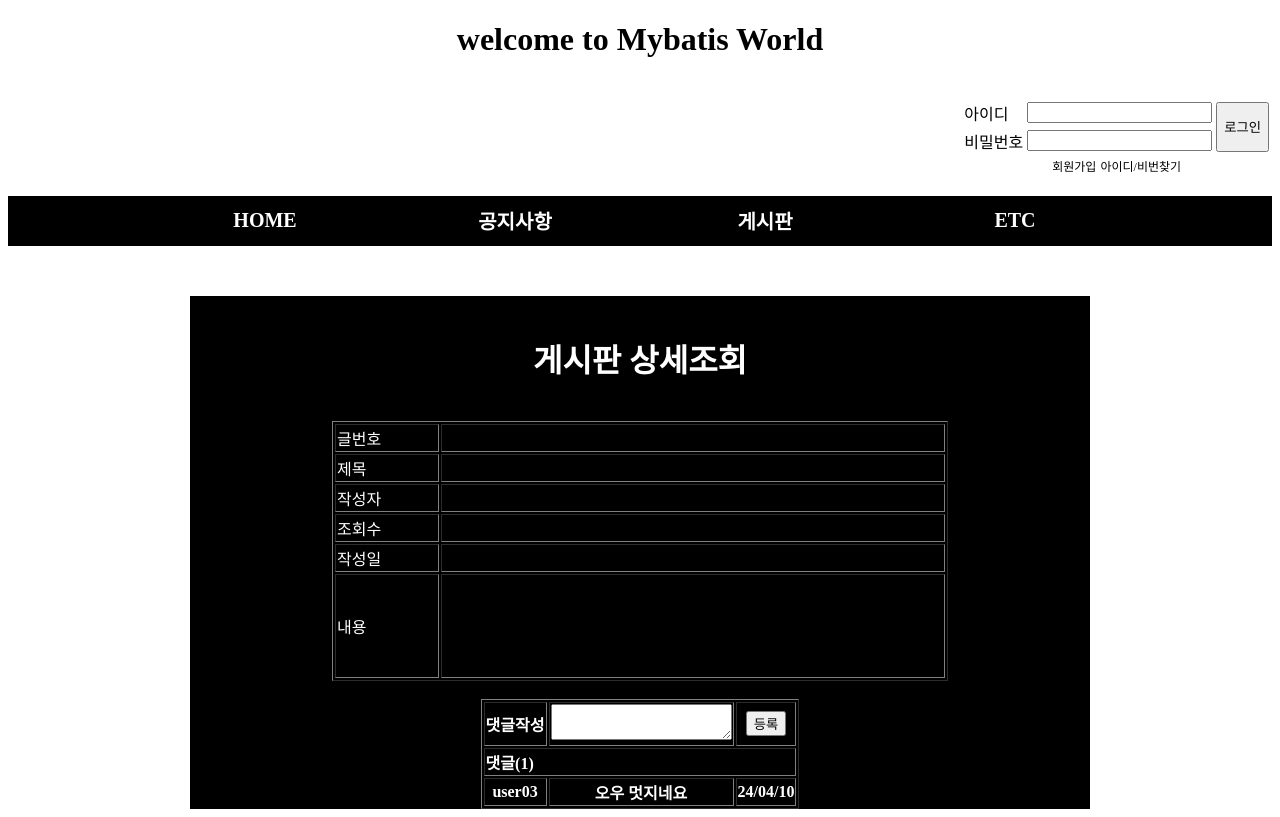
Repository: aotlfekdl/NoteBook
Page: http://localhost/myBatisProject/views/board/boardDetailView.jsp
These files come from the project's save history. The page is drawn as it stood at one moment and after the next save; the edit follows.
The browser window is 1280 px wide. The pictures show the whole page.
The page is served by Tomcat 10. Other server files are loaded and not shown. The template is opened directly, without the code that normally fills it, so the values that code supplies are empty.

Above is the page before, as saved 2025-03-09 08:08:19.
Console error: SyntaxError: Unexpected identifier 'data'

### 08_MyBatis/myBatisProject/src/main/webapp/views/board/boardDetailView.jsp
<%@ page language="java" contentType="text/html; charset=UTF-8"
    pageEncoding="UTF-8"%>
<%@ taglib prefix="c" uri="http://java.sun.com/jsp/jstl/core" %>
<!DOCTYPE html>
<html>
<head>
<meta charset="UTF-8">
<title>Insert title here</title>
</head>
<body>

    <jsp:include page="../common/menubar.jsp" />

    <div class="outer" align="center">
        <br>
        <h1 align="center">게시판 상세조회</h1>
        <br>

        <table align="center" border="1">
            <tr>
                <td width="100">글번호</td>
                <td width="500">${b.boardNo}</td>
            </tr>
            <tr>
                <td>제목</td>
                <td>${b.boardTitle}</td>
            </tr>
            <tr>
                <td>작성자</td>
                <td>${b.userId}</td>
            </tr>
            <tr>
                <td>조회수</td>
                <td>${b.count}</td>
            </tr>
            <tr>
                <td>작성일</td>
                <td>${b.createDate}</td>
            </tr>
            <tr>
                <td>내용</td>
                <td height="100">
                    ${b.boardContent}
                </td>
            </tr>
        </table>

        <br>
	<div>
        <table align="center" border="1" class="list-area">
            <c:choose>
			<c:when test="${loginUser == null}">
            <tr>
            <form action="${pageContext.request.contextPath}/reply.bo?${b.boardNo}">
                <th>댓글작성</th>
                <th><textarea></textarea></th>
                <th><button onclick="insertReply(${board.boardNo})">등록</button></th>
            </form>
            </tr>
            </c:when>
            </c:choose>
            <tbody>
            <tr>
                <td colspan="3"><b>댓글(1)</b></td> <!-- fn:length(list) -->
            </tr>
	            <tr>
	                <th>user03</th>
	                <th>오우 멋지네요</th>
	                <th>24/04/10</th>
	            </tr>
            </tbody>
        </table>

        <script>
        	function init(bno){
        		const contentArea = document.querySelector("#list-area");

        		$.ajax({
        			url:"rinsert.bo",
        			type: "post"
        			data:{
        				boardNo: bno,
        				content: contentArea.value
        			},
        			success: function(res){
        				contentArea.value = "",
        				getReplyList(bno, function(data){
        					drawReplyList(data);
        				});
        			},
        			error: function(error){
        				console.log("댓글 작성 ajax통신 실패");
        			}
        			})
        			}
        	function getReplyList(boardNo, callback){
        		$.ajax({
        			url: "rlist.bo",
        			dataType: "json",
        			data : {
        				bno: boardNo
        			},
        			success: function(replyList){
        				callback(replyList);
        			},
        			error: function(){
        				console.log("댓글 조회 ajax통신 실패");
        			}
        		})
        	}
        	function drawReplyList(replyList){
        		let str= "";
        		for(let of replyList) {
        			str += "<tr>" +
        					"<td>" + r.userId + "</td>" +
        					"<td>" + r.replyContent + "</td>" +
        					"<td>" + r.createDate + "</td>" +
        					"</tr>";
        		}

        		const replyBody = dodument.querySelector("#reply-area tbody");
        		replyBody.innerHTML = str;
        	}

        </script>
        </div>
    </div>
</body>
</html>

### 08_MyBatis/myBatisProject/src/main/webapp/views/common/menubar.jsp
<%@ page language="java" contentType="text/html; charset=UTF-8"
    pageEncoding="UTF-8"%>
<%@ taglib prefix="c" uri="http://java.sun.com/jsp/jstl/core" %>
<!DOCTYPE html>
<html>
<head>
<meta charset="UTF-8">
<title>Insert title here</title>
<style>
    .login-area a{
        text-decoration: none;
        color: black;
        font-size: 12px;
    }

    .nav-area{
        background: black;
        color: white;
        height: 50px;
    }

   	.nav-area a{
        text-decoration: none;
        color: white;
    }

    .menu{
        display: table-cell;
        width: 250px;
        height: 50px;
        vertical-align: middle;
        font-size: 20px;
        font-weight: bold;
    }
    .outer{
    	width: 900px;
    	background: black;
    	color: white;
    	margin: auto;
    	margin-top: 50px;
    }
</style>
</head>
<body>

    <h1 align="center">welcome to Mybatis World</h1>
    <br>

    <div class="login-area" align="right">
        <c:choose>
        	<c:when test="${empty loginUser}">
        <form action="${pageContext.request.contextPath}/login.me" method="post">
	        <table>
	            <tr>
	                <td>아이디</td>
	                <td><input type="text" name="userId" required></td>
	                <td rowspan="2"><button type="submit" style="height: 50px;">로그인</button></td>
	            </tr>
	            <tr>
	                <td>비밀번호</td>
	                <td><input type="password" name="userPwd" required></td>

	            </tr>
	            <tr>
	                <td colspan="3" align="center">
	                    <a href="enrollform.me">회원가입</a>
	                    <a href="">아이디/비번찾기</a>
	                </td>
	            </tr>
            </table>
        </form>
        </c:when>
        <c:otherwise>


        <!-- 로그인후 -->
        <div>
            <table>
                <tr>
                    <td colspan="2">
                        <h3>${loginUser.userName}님 환영합니다. </h3>
                    </td>
                    <td></td>
                </tr>
                <tr>
                    <td><a href="myPage.me">마이페이지</a></td>
                    <td><a href="logout.me">로그아웃</a></td>
                </tr>
            </table>
        </div>
        </c:otherwise>
        </c:choose>
    </div>
    <br>

    <div class="nav-area" align="center">
        <div class="menu">HOME</div>
        <div class="menu">공지사항</div>
        <div class="menu"><a href="list.bo?cpage=1">게시판</a></div>
        <div class="menu">ETC</div>
    </div>
</body>
</html>

After the next save:
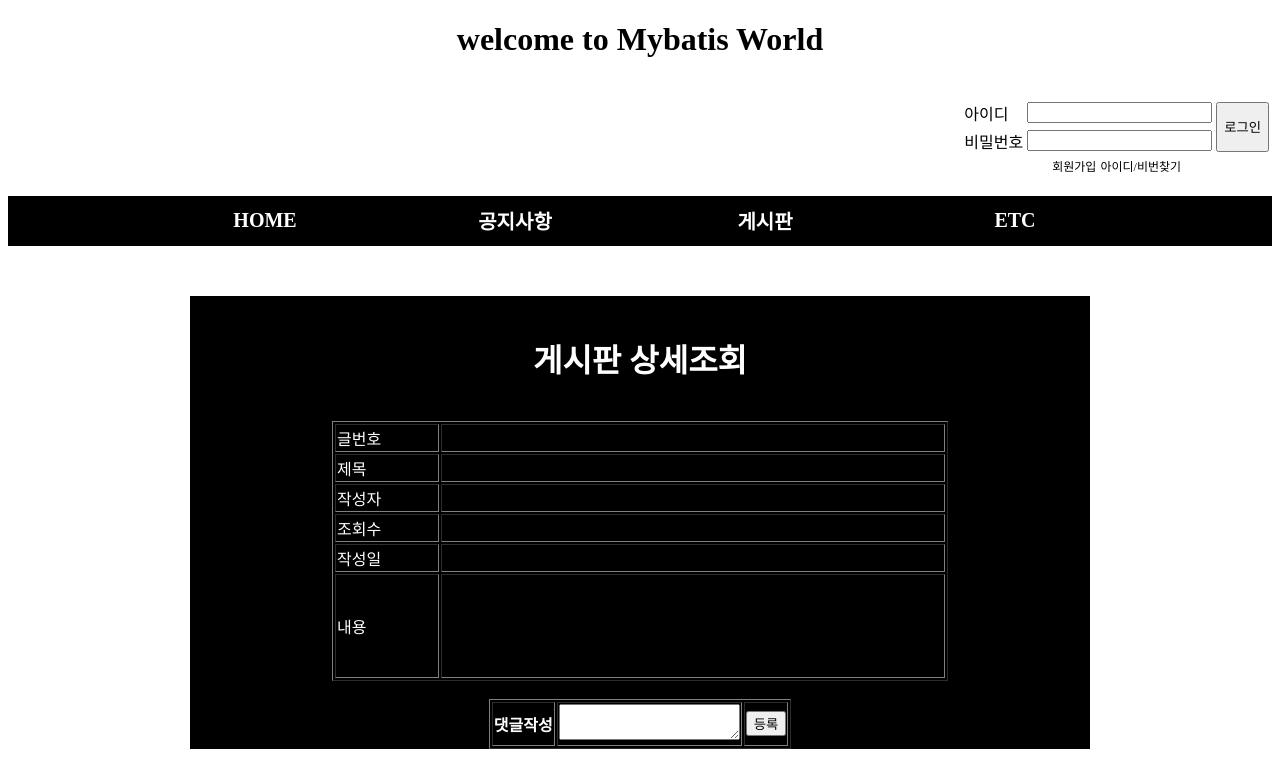
Saved 44 s later.
--- a/08_MyBatis/myBatisProject/src/main/webapp/views/board/boardDetailView.jsp
+++ b/08_MyBatis/myBatisProject/src/main/webapp/views/board/boardDetailView.jsp
@@ -60,14 +60,7 @@
             </c:when>
             </c:choose>
             <tbody>
-            <tr>
-                <td colspan="3"><b>댓글(1)</b></td> <!-- fn:length(list) -->
-            </tr>
-	            <tr>
-	                <th>user03</th>
-	                <th>오우 멋지네요</th>
-	                <th>24/04/10</th>
-	            </tr>
+
             </tbody>
         </table>
 
